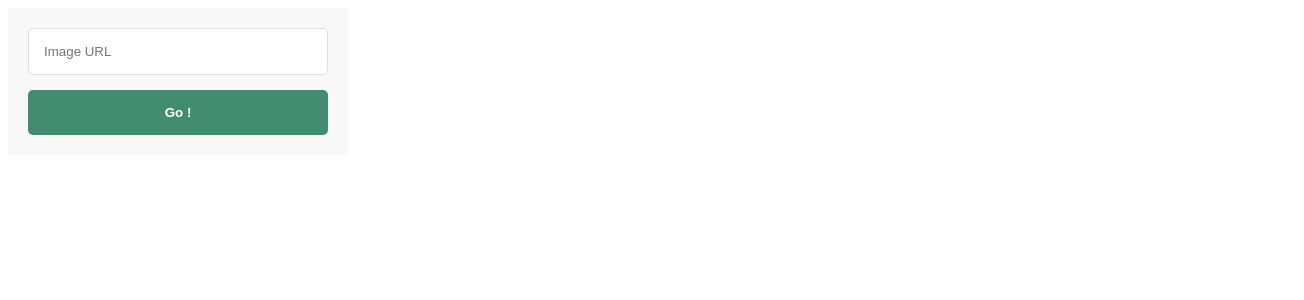
Repository: MascarenhasLF/extension-images
Page: index.html
These files come from the project's save history. The page is drawn as it stood at one moment and after a run of saves; the edit follows.
The browser window is 1280 px wide. The page is 1280 px wide, then 1304 px, so the pictures cover 1304 px, including what lies to the right of the window. The pictures show the whole page.

Above is the page before, as saved 2022-08-04 14:04:08.

After the next 5 saves:
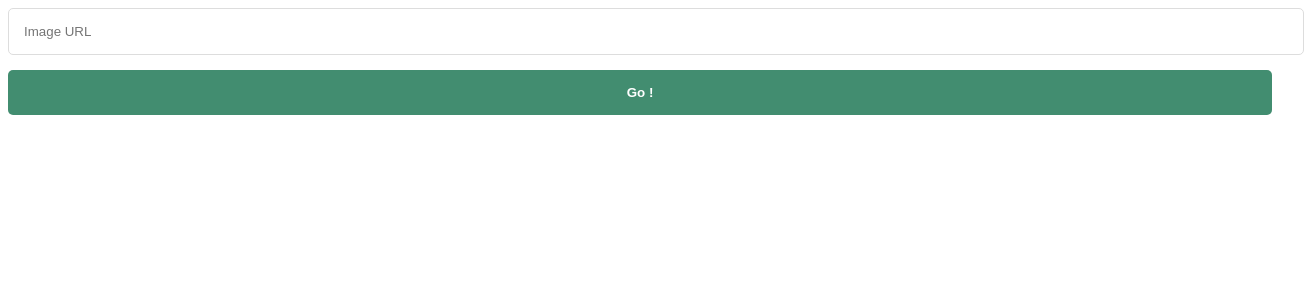
Console error: TypeError: Cannot read properties of null (reading 'addEventListener')
The 5 saves are shown as one change because they came seconds apart.
The last was saved 83 s later.
--- a/index.html
+++ b/index.html
@@ -6,10 +6,8 @@
 </head>
 <body>
 
-    <form id="Oi">
         <input type="text" class="input" placeholder="Image URL">
         <button class="button">Go !</button>
-    </form>
 
     <script src="script.js"></script>
 </body>
